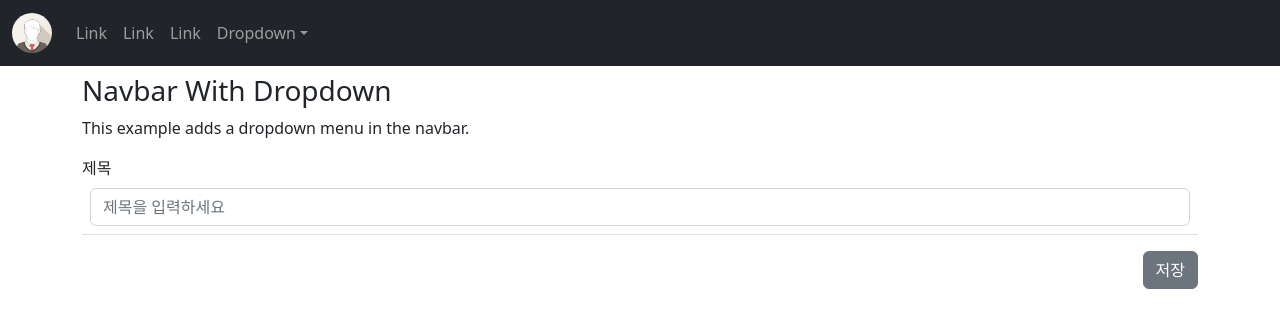
Repository: seoyeon0619/WebProgramming
Page: workspace1/myhome2/src/main/webapp/디자인/board_write.html
These files come from the project's save history. The page is drawn as it stood at one moment and after the next save; the edit follows.
The browser window is 1280 px wide. The pictures show the whole page.

Above is the page before, as saved 2022-12-30 01:51:17.

### workspace1/myhome2/src/main/webapp/디자인/board_write.html
<!DOCTYPE html>
<html lang="en">
<head>
  <title>Bootstrap Example</title>
  <meta charset="utf-8">
  <meta name="viewport" content="width=device-width, initial-scale=1">
  <link href="https://cdn.jsdelivr.net/npm/bootstrap@5.2.3/dist/css/bootstrap.min.css" rel="stylesheet">
  <script src="https://cdn.jsdelivr.net/npm/bootstrap@5.2.3/dist/js/bootstrap.bundle.min.js"></script>
</head>
<body>

<nav class="navbar navbar-expand-sm bg-dark navbar-dark">
  <div class="container-fluid">
   	<a class="navbar-brand" href="#">
      <img src="/myhome2/images/p.png" alt="Logo" style="width:40px;" class="rounded-pill">
    </a>

    <button class="navbar-toggler" type="button" data-bs-toggle="collapse" data-bs-target="#collapsibleNavbar">
      <span class="navbar-toggler-icon"></span>
    </button>

    <div class="collapse navbar-collapse" id="collapsibleNavbar">
      <ul class="navbar-nav">
        <li class="nav-item">
          <a class="nav-link" href="#">Link</a>
        </li>
        <li class="nav-item">
          <a class="nav-link" href="#">Link</a>
        </li>
        <li class="nav-item">
          <a class="nav-link" href="#">Link</a>
        </li>
        <li class="nav-item dropdown">
          <a class="nav-link dropdown-toggle" href="#" role="button" data-bs-toggle="dropdown">Dropdown</a>
          <ul class="dropdown-menu">
            <li><a class="dropdown-item" href="#">Link</a></li>
            <li><a class="dropdown-item" href="#">Another link</a></li>
            <li><a class="dropdown-item" href="#">A third link</a></li>
          </ul>
        </li>
      </ul>
    </div>
  </div>
</nav>

<div class="container">
	<h1> </h1>
  <h3>Navbar With Dropdown</h3>
  <p>This example adds a dropdown menu in the navbar.</p>


  <table class="table">
  <colgroup>
  	<col width="30%">
  	<col width="*">
  </colgroup>
    <tbody>
      <tr>제목</td>
      <td>
      		<div class="input-group">
    			<input type="text" class="form-control" placeholder="제목을 입력하세요" name="title" id="title">
  			</div>
      </td>
      </tr>
    </tbody>
  </table>
</div>


<div class="container" style="text-align:right">
	<button type="button" class="btn btn-secondary">저장</button>
</div>
</body>
</html>

After the next save:
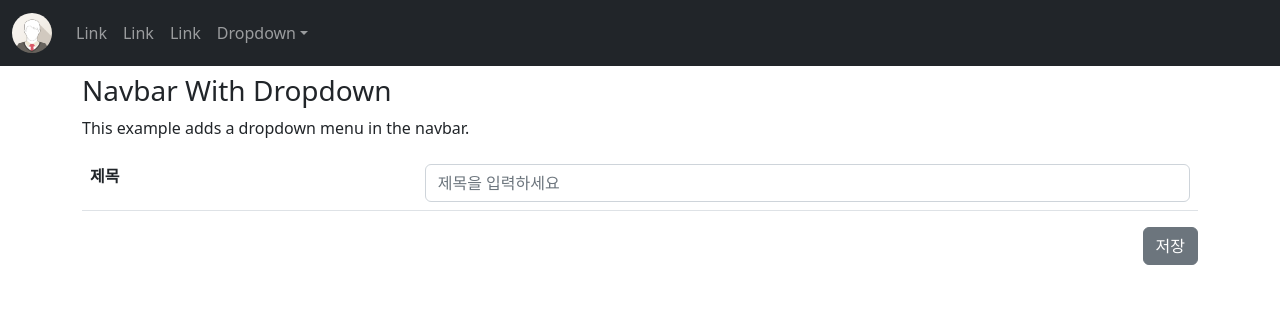
Saved 20 s later.
--- a/workspace1/myhome2/src/main/webapp/디자인/board_write.html
+++ b/workspace1/myhome2/src/main/webapp/디자인/board_write.html
@@ -55,7 +55,8 @@
   	<col width="*">
   </colgroup>
     <tbody>
-      <tr>제목</td>
+    <tr>
+      <th>제목</td>
       <td>
       		<div class="input-group">
     			<input type="text" class="form-control" placeholder="제목을 입력하세요" name="title" id="title">
